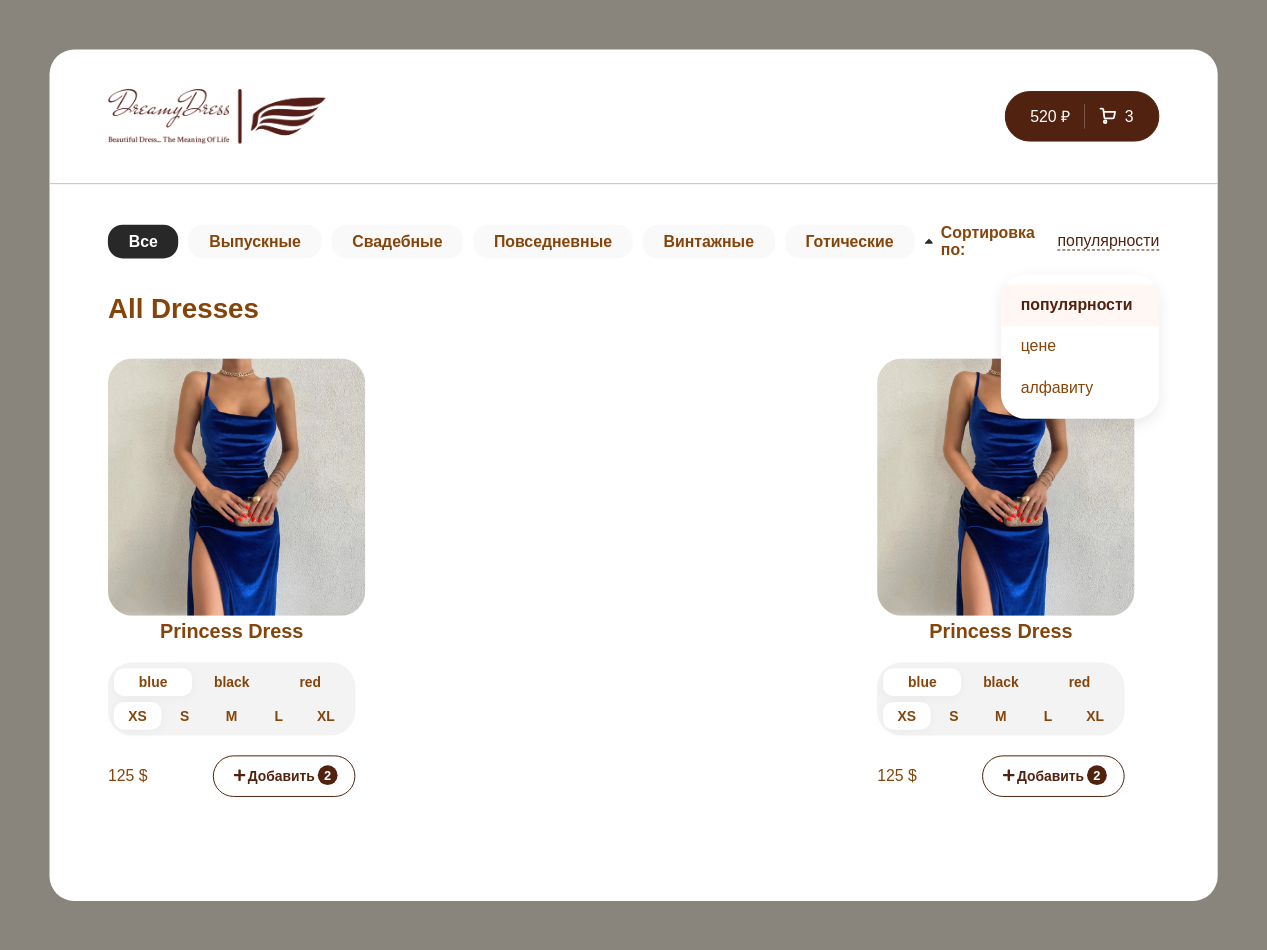
Repository: DisasterWoman/SPA-shop
Page: /
The author's editor kept a copy of each file at every save. The page is drawn from the files as they stood at one save, then again after the next save.
The browser window is 1280 px wide. The pictures show the whole page, at 99% of full size.
Some web fonts or font styles are not loaded; a fallback is used. The project was rebuilt for these pictures with package versions that can differ from the ones it lists, and the page was loaded fresh each time.

Above is the page before, as saved 2022-11-28 20:25:38.

### src/App.js
import './scss/app.scss';
import Categories from './components/Categories/Categories';
import DressBlock from './components/DressBlock/DressBlock';
import Header from './components/Header/Header';
import Sort from './components/Sort/Sort';

function App() {
  return (
    <div className="wrapper">
      <Header />
      <div className="content">
        <div className="container">
          <div className="content__top">
            <Categories />
            <Sort />
          </div>
          <h2 className="content__title">All Dresses</h2>
          <div className="content__items">
            <DressBlock />
            <DressBlock />
          </div>
        </div>
      </div>
    </div>
  );
}

export default App;

### src/scss/app.scss
@import 'variables.scss';
@import './libs/normalize.scss';
@import './all';

body {
  background-color: $background;
}

.wrapper {
  width: calc(100vw - 100px);
  height: 100%;
  background-color: #fff;
  margin: 50px auto;
  border-radius: 25px;
  max-width: 1400px;
}

.content {
  padding: 40px 0;

  &__title {
    margin: 35px 0;
  }

  &__items {
    display: flex;
    flex-wrap: wrap;
    justify-content: space-between;
  }

  &__top {
    display: flex;
    align-items: center;
    justify-content: space-between;
  }
}

.container {
  width: $container-width;
  margin: 0 auto;

  &--cart {
    max-width: 820px;
    margin: 90px auto;
    .content__title {
      margin: 0;
    }
  }
}

.cart {
  &__top {
    display: flex;
    justify-content: space-between;
    align-items: center;
  }

  .content__title {
    display: flex;
    align-items: center;
    font-size: 32px;

    svg {
      position: relative;
      top: -2px;
      width: 30px;
      height: 30px;
      margin-right: 10px;
      path {
        stroke: $black;
        strokewidth: 1.9;
      }
    }
  }

  &__clear {
    display: flex;
    align-items: center;
    cursor: pointer;
    @include noselect();

    span {
      display: inline-block;
      margin-left: 7px;
      color: #b6b6b6;
      font-size: 18px;
    }

    span,
    svg,
    path {
      transition: all $duration ease-in-out;
    }

    &:hover {
      svg {
        path {
          stroke: darken($color: #b6b6b6, $amount: 50);
        }
      }
      span {
        color: darken($color: #b6b6b6, $amount: 50);
      }
    }
  }

  &__item {
    display: flex;
    width: 100%;
    border-top: 1px solid $gray-line;
    padding-top: 30px;
    margin-top: 30px;

    &-img {
      display: flex;
      align-items: center;
      margin-right: 15px;
      width: 10%;

      img {
        width: 80px;
        height: 80px;
      }
    }

    &-info {
      display: flex;
      flex-direction: column;
      justify-content: center;
      width: 40%;

      h3 {
        font-weight: bold;
        font-size: 22px;
        line-height: 27px;
        letter-spacing: 0.01em;
      }

      p {
        font-size: 18px;
        color: #8d8d8d;
      }
    }

    &-count {
      display: flex;
      align-items: center;
      justify-content: space-between;
      width: 13%;

      &-minus {
        svg {
          path:first-of-type {
            display: none;
          }
        }
      }

      b {
        font-size: 22px;
      }
    }

    &-price {
      display: flex;
      align-items: center;
      justify-content: center;
      width: 33%;

      b {
        font-weight: bold;
        font-size: 22px;
        letter-spacing: 0.01em;
      }
    }

    &-remove {
      display: flex;
      align-items: center;
      justify-content: flex-end;
      width: 4%;

      .button {
        border-color: darken($color: $gray-line, $amount: 10);
      }

      svg {
        transform: rotate(45deg);

        path {
          fill: darken($color: $gray-line, $amount: 15);
        }
      }

      .button {
        svg {
          width: 11.5px;
          height: 11.5px;
          position: relative;
        }
        &:hover,
        &:active {
          border-color: darken($color: $gray-line, $amount: 80);
          background-color: darken($color: $gray-line, $amount: 80);
        }
      }
    }
  }

  &__bottom {
    margin: 50px 0;

    &-details {
      display: flex;
      justify-content: space-between;

      span {
        font-size: 22px;

        &:last-of-type {
          b {
            color: $brown;
          }
        }
      }
    }

    &-buttons {
      display: flex;
      justify-content: space-between;
      margin-top: 40px;

      .go-back-btn {
        display: flex;
        align-items: center;
        justify-content: center;
        width: 210px;

        border-color: darken($color: $gray-line, $amount: 10);

        span {
          color: darken($color: $gray-line, $amount: 20);
          font-weight: 500;
          font-weight: 600;
        }

        &:hover {
          background-color: darken($color: $gray-line, $amount: 90);
          border-color: darken($color: $gray-line, $amount: 90);

          span {
            color: $gray-line;
          }
        }

        svg {
          margin-right: 12px;
          path {
            fill: transparent;
            strokewidth: 2;
          }
        }
      }

      .pay-btn {
        font-size: 16px;
        font-weight: 600;
        width: 210px;
        padding: 16px;
      }
    }
  }

  &--empty {
    margin: 0 auto;
    width: 560px;
    text-align: center;

    h2 {
      font-size: 32px;
      margin-bottom: 10px;
    }

    p {
      font-size: 18px;
      line-height: 145.4%;
      letter-spacing: 0.01em;
      color: #777777;
    }

    icon {
      position: relative;
      top: 2px;
    }

    img {
      display: block;
      width: 300px;
      margin: 45px auto 60px;
    }

    .button--black {
      padding: 12px 0 14px;
      width: 230px;
      margin: 0 auto;
      font-weight: 600;
      font-size: 18px;
    }
  }
}

### src/components/Categories/Categories.jsx
import React from 'react';

function Categories() {
  return (
    <div className="categories">
      <ul>
        <li className="active">Все</li>
        <li>Выпускные</li>
        <li>Свадебные</li>
        <li>Повседневные</li>
        <li>Винтажные</li>
        <li>Готические</li>
      </ul>
    </div>
  );
}

export default Categories;

### src/components/DressBlock/DressBlock.jsx
import React from 'react';
import './_dress-block.scss';
function DressBlock() {
  return (
    <div className="dress-block">
      <img className="dress-block__image" src="/images/dresses/dress0-blue.webp" alt="Dress" />
      <h4 className="dress-block__title">Princess Dress</h4>
      <div className="dress-block__selector">
        <ul>
          <li className="active">blue</li>
          <li>black</li>
          <li>red</li>
        </ul>
        <ul>
          <li className="active">XS</li>
          <li>S</li>
          <li>M</li>
          <li>L</li>
          <li>XL</li>
        </ul>
      </div>
      <div className="dress-block__bottom">
        <div className="dress-blockk__price">125 $</div>
        <div className="button button--outline button--add">
          <svg
            width="12"
            height="12"
            viewBox="0 0 12 12"
            fill="none"
            xmlns="http://www.w3.org/2000/svg"
          >
            <path
              d="M10.8 4.8H7.2V1.2C7.2 0.5373 6.6627 0 6 0C5.3373 0 4.8 0.5373 4.8 1.2V4.8H1.2C0.5373 4.8 0 5.3373 0 6C0 6.6627 0.5373 7.2 1.2 7.2H4.8V10.8C4.8 11.4627 5.3373 12 6 12C6.6627 12 7.2 11.4627 7.2 10.8V7.2H10.8C11.4627 7.2 12 6.6627 12 6C12 5.3373 11.4627 4.8 10.8 4.8Z"
              fill="white"
            />
          </svg>
          <span>Добавить</span>
          <i>2</i>
        </div>
      </div>
    </div>
  );
}

export default DressBlock;

### src/components/Header/Header.jsx
import React from 'react';
import './_header.scss';
function Header() {
  return (
    <div className="header">
      <div className="container">
        <div className="header__logo">
          <img width="220" src="/dreamy-dress.png" alt="logo" />
          <div></div>
        </div>
        <div className="header__cart">
          <a href="/cart.html" className="button button--cart">
            <span>520 ₽</span>
            <div className="button__delimiter"></div>
            <svg
              width="18"
              height="18"
              viewBox="0 0 18 18"
              fill="none"
              xmlns="http://www.w3.org/2000/svg"
            >
              <path
                d="M6.33333 16.3333C7.06971 16.3333 7.66667 15.7364 7.66667 15C7.66667 14.2636 7.06971 13.6667 6.33333 13.6667C5.59695 13.6667 5 14.2636 5 15C5 15.7364 5.59695 16.3333 6.33333 16.3333Z"
                stroke="white"
                strokeWidth="1.8"
                strokeLinecap="round"
                strokeLinejoin="round"
              />
              <path stroke="white" strokeWidth="1.8" strokeLinecap="round" strokeLinejoin="round" />
              <path
                d="M4.78002 4.99999H16.3334L15.2134 10.5933C15.1524 10.9003 14.9854 11.176 14.7417 11.3722C14.4979 11.5684 14.1929 11.6727 13.88 11.6667H6.83335C6.50781 11.6694 6.1925 11.553 5.94689 11.3393C5.70128 11.1256 5.54233 10.8295 5.50002 10.5067L4.48669 2.82666C4.44466 2.50615 4.28764 2.21182 4.04482 1.99844C3.80201 1.78505 3.48994 1.66715 3.16669 1.66666H1.66669"
                stroke="white"
                strokeWidth="1.8"
                strokeLinecap="round"
                strokeLinejoin="round"
              />
            </svg>
            <span>3</span>
          </a>
        </div>
      </div>
    </div>
  );
}

export default Header;

### src/components/Sort/Sort.jsx
import React from 'react';
import './_sort.scss';

function Sort() {
  return (
    <div className="sort">
      <div className="sort__label">
        <svg
          width="10"
          height="6"
          viewBox="0 0 10 6"
          fill="none"
          xmlns="http://www.w3.org/2000/svg"
        >
          <path
            d="M10 5C10 5.16927 9.93815 5.31576 9.81445 5.43945C9.69075 5.56315 9.54427 5.625 9.375 5.625H0.625C0.455729 5.625 0.309245 5.56315 0.185547 5.43945C0.061849 5.31576 0 5.16927 0 5C0 4.83073 0.061849 4.68424 0.185547 4.56055L4.56055 0.185547C4.68424 0.061849 4.83073 0 5 0C5.16927 0 5.31576 0.061849 5.43945 0.185547L9.81445 4.56055C9.93815 4.68424 10 4.83073 10 5Z"
            fill="#2C2C2C"
          />
        </svg>
        <b>Сортировка по:</b>
        <span>популярности</span>
      </div>
      <div className="sort__popup">
        <ul>
          <li className="active">популярности</li>
          <li>цене</li>
          <li>алфавиту</li>
        </ul>
      </div>
    </div>
  );
}

export default Sort;

### src/scss/_variables.scss
$black: #85450a;
$background: #89857c;
$gray-line: #d5bda1;
$brown: #50220f;

$container-width: 90%;

$duration: 0.15s;

### src/scss/libs/_normalize.scss
@import url('https://fonts.googleapis.com/css2?family=Anek+Devanagari&display=swap');

*{
  padding: 0;
  margin: 0;
  list-style: none;
  outline: none;
  font-family: 'Anek Devanagari', sans-serif;
  box-sizing: border-box;
}

html {
  -ms-text-size-adjust: 100%;
  -webkit-text-size-adjust: 100%;
}

body {
  -moz-osx-font-smoothing: grayscale;
  -webkit-font-smoothing: antialiased;
  color: $black;
}

a,
span,
p,
b,
h1,
h2,
h3,
h4,
h5 {
  color: $black;
}

h1 {
  font-size: 48px;
}

h2 {
  font-weight: 600;
  font-size: 28px;
  line-height: 30px;
}

a {
  text-decoration: none;
}

@mixin noselect {
  -webkit-touch-callout: none; /* iOS Safari */
  -webkit-user-select: none; /* Safari */
  -khtml-user-select: none; /* Konqueror HTML */
  -moz-user-select: none; /* Old versions of Firefox */
  -ms-user-select: none; /* Internet Explorer/Edge */
  user-select: none; /* Non-prefixed version, currently
                                  supported by Chrome, Opera and Firefox */
}

### src/scss/_all.scss
@import '../components/Header/Header';
@import '../components/Button/button';
@import '../components/Categories/Categories';
@import '../components/Sort/Sort';
@import '../components/DressBlock/dress-block';

### src/components/Header/_header.scss
@import '../../../src/scss/variables';

.header {
  border-bottom: 1px solid $gray-line;
  padding: 40px 0;

  .container {
    display: flex;
    align-items: center;
    justify-content: space-between;
  }

  &__logo {
    display: flex;

    img {
      margin-right: 15px;
    }

    h1 {
      color: #181818;
      font-size: 24px;
      letter-spacing: 1%;
      text-transform: uppercase;
      font-weight: 800;
    }

    p {
      color: #7b7b7b;
    }
  }
}

### src/components/Button/_button.scss
@import '../../../src/scss/variables';

.button {
  display: inline-block;
  background-color: $brown;
  border-radius: 25px;
  padding: 10px 20px;
  min-width: 100px;
  text-align: center;
  cursor: pointer;
  transition: background-color $duration ease-in-out, border-color $duration ease-in-out;
  border: 1px solid transparent;

  &,
  span {
    color: #fff;
  }

  i,
  span,
  path,
  svg {
    transition: all $duration ease-in-out;
  }

  &:hover {
    background-color: darken($brown, 8%);
  }

  &:active {
    background-color: darken($brown, 12%);
    transform: translateY(1px);
  }

  &--circle {
    display: flex;
    align-items: center;
    justify-content: center;
    width: 30px;
    height: 30px;
    min-width: 30px;
    padding: 0;
    border-width: 2px;
  }

  &--black {
    background-color: $black;

    &:hover,
    &:active {
      background-color: lighten($color: $black, $amount: 10);
    }
  }

  &--outline {
    background-color: #fff;
    border-color: $brown;
    &,
    span {
      color: $brown;
    }

    svg {
      path {
        fill: $brown;
      }
    }

    &:hover {
      background-color: $brown;

      &,
      span {
        color: #fff;
      }

      svg {
        path {
          fill: #fff;
        }
      }
    }

    &:active {
      background-color: darken($brown, 8%);
    }
  }

  &__delimiter {
    width: 1px;
    height: 25px;
    background-color: rgba(255, 255, 255, 0.25);
    margin-left: 14px;
    margin-right: 14px;
  }

  &--add {
    svg {
      margin-right: 2px;
    }

    span {
      font-weight: 600;
      font-size: 14px;
    }

    &:hover {
      i {
        background-color: #fff;
        color: $brown;
      }
    }

    i {
      display: inline-block;
      border-radius: 30px;
      background-color: $brown;
      color: #fff;
      font-weight: 600;
      width: 20px;
      height: 20px;
      font-style: normal;
      font-size: 13px;
      line-height: 22px;
      position: relative;
      top: -1px;
      left: 3px;
    }
  }

  &--cart {
    display: flex;
    align-items: center;
    line-height: 23px;
    padding: 12px 25px;
    border-color: $brown;

    svg {
      margin-right: 8px;
      margin-bottom: 1px;
    }

    span {
      font-weight: 500;
      font-size: 16px;
    }
  }
}

### src/components/Categories/_categories.scss
@import '../../../src/scss/variables';

.categories {
  ul {
    display: flex;

    li {
      background-color: #f9f9f9;
      padding: 8px 21px;
      border-radius: 15px;
      margin-right: 10px;
      font-weight: bold;
      cursor: pointer;
      transition: background-color 0.1s ease-in-out;
      @include noselect();

      &:hover {
        background-color: darken(#f9f9f9, 2%);
      }

      &:active {
        background-color: darken(#f9f9f9, 5%);
      }

      &.active {
        background-color: #282828;
        color: #fff;
      }
    }
  }
}

### src/components/Sort/_sort.scss
@import '../../../src/scss/variables';

.sort {
  position: relative;
  &__label {
    display: flex;
    align-items: center;

    svg {
      margin-right: 8px;
    }

    b {
      margin-right: 8px;
    }

    span {
      color: $brown;
      border-bottom: 1px dashed $brown;
      cursor: pointer;
    }
  }

  &__popup {
    position: absolute;
    right: 0;
    margin-top: 15px;
    background: #ffffff;
    box-shadow: 0px 5px 15px rgba(0, 0, 0, 0.09);
    border-radius: 25px;
    overflow: hidden;
    padding: 10px 0;
    width: 160px;

    ul {
      overflow: hidden;
      li {
        padding: 12px 20px;
        cursor: pointer;

        &.active,
        &:hover {
          background: rgba(254, 95, 30, 0.05);
        }

        &.active {
          font-weight: bold;
          color: $brown;
        }
      }
    }
  }
}

### src/components/DressBlock/_dress-block.scss
@import '../../../src/scss/variables';

.dress-block {
  width: 250px;
  text-align: center;
  margin-bottom: 65px;

  &:not(:nth-of-type(4n)) {
    margin-right: 35px;
  }

  &__image {
    border-radius: 25px;
    width: 260px;
  }

  &__title {
    font-size: 20px;
    font-weight: 900;
    letter-spacing: 1%;
    margin-bottom: 20px;
  }

  &__selector {
    display: flex;
    background-color: #f3f3f3;
    border-radius: 25px;
    flex-direction: column;
    padding: 6px;

    ul {
      display: flex;
      flex: 1;

      &:first-of-type {
        margin-bottom: 6px;
      }

      li {
        padding: 6px;
        flex: 1;
        cursor: pointer;
        font-weight: 600;
        font-size: 14px;
        &.active {
          background: #ffffff;
          box-shadow: 0px 2px 11px rgba(0, 0, 0, 0.04);
          border-radius: 10px;
          cursor: auto;
        }
      }
    }
  }

  &__bottom {
    display: flex;
    align-items: center;
    justify-content: space-between;
    margin-top: 20px;
  }

  &__price {
    font-weight: bold;
    font-size: 22px;
    line-height: 27px;
    letter-spacing: 0.015em;
  }
}

Loaded but not shown: public/index.html (common file); src/index.js (common file)

After the next save:
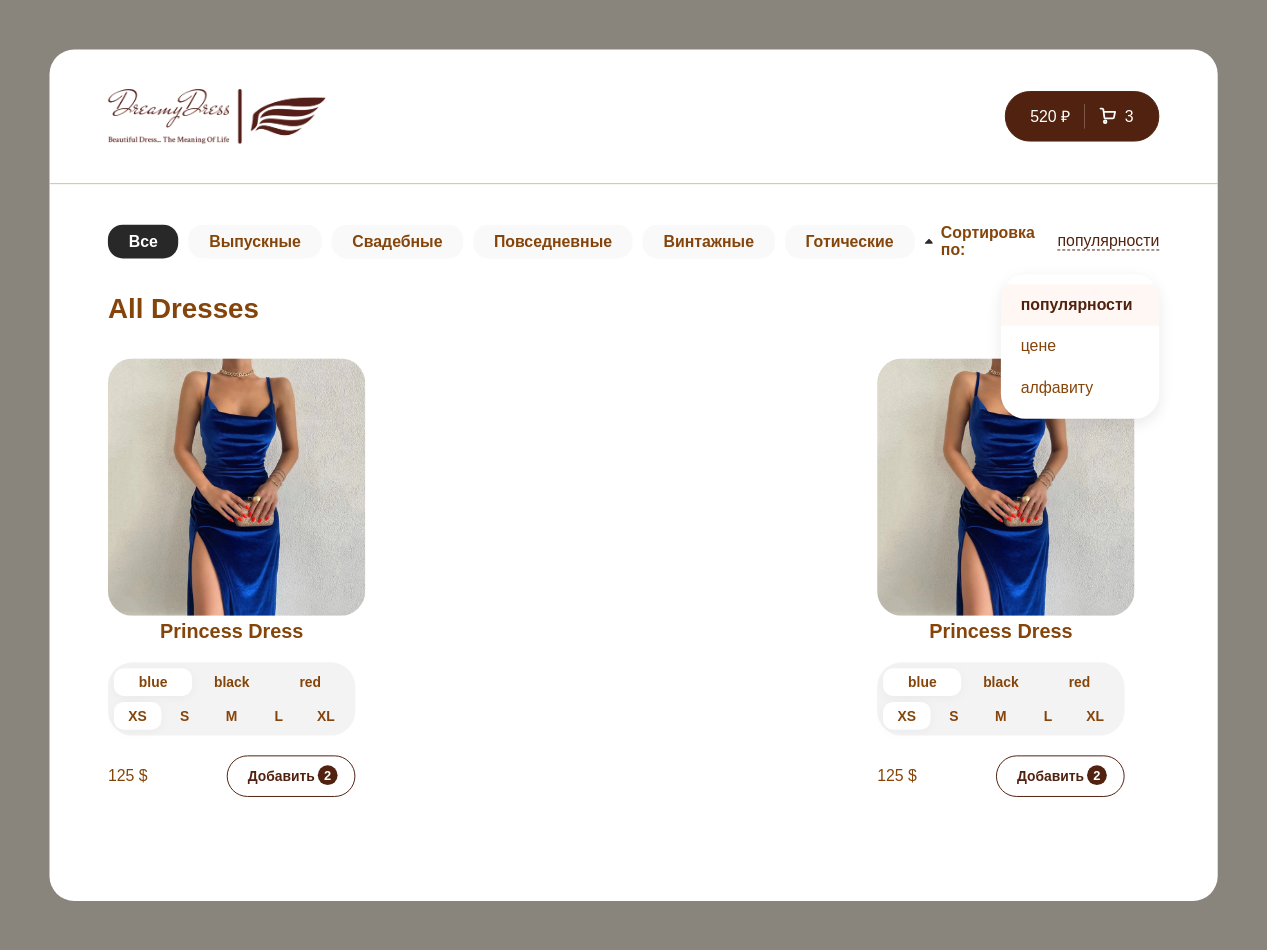
Saved 4 s later.
--- a/src/components/DressBlock/DressBlock.jsx
+++ b/src/components/DressBlock/DressBlock.jsx
@@ -22,18 +22,7 @@
       <div className="dress-block__bottom">
         <div className="dress-blockk__price">125 $</div>
         <div className="button button--outline button--add">
-          <svg
-            width="12"
-            height="12"
-            viewBox="0 0 12 12"
-            fill="none"
-            xmlns="http://www.w3.org/2000/svg"
-          >
-            <path
-              d="M10.8 4.8H7.2V1.2C7.2 0.5373 6.6627 0 6 0C5.3373 0 4.8 0.5373 4.8 1.2V4.8H1.2C0.5373 4.8 0 5.3373 0 6C0 6.6627 0.5373 7.2 1.2 7.2H4.8V10.8C4.8 11.4627 5.3373 12 6 12C6.6627 12 7.2 11.4627 7.2 10.8V7.2H10.8C11.4627 7.2 12 6.6627 12 6C12 5.3373 11.4627 4.8 10.8 4.8Z"
-              fill="white"
-            />
-          </svg>
+
           <span>Добавить</span>
           <i>2</i>
         </div>

After the save that followed:
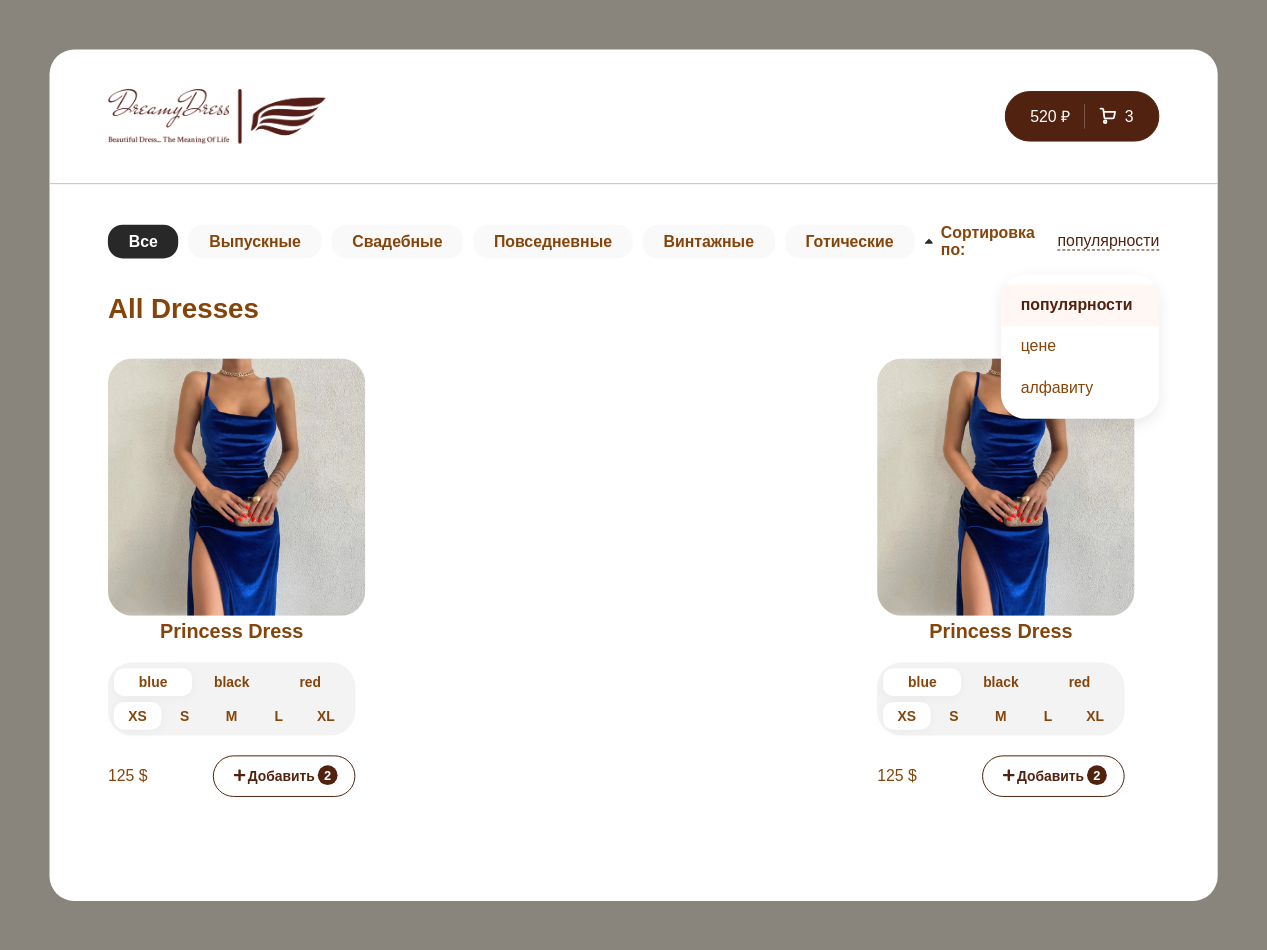
Saved 10 s later.
--- a/src/components/DressBlock/DressBlock.jsx
+++ b/src/components/DressBlock/DressBlock.jsx
@@ -22,7 +22,18 @@
       <div className="dress-block__bottom">
         <div className="dress-blockk__price">125 $</div>
         <div className="button button--outline button--add">
-
+          <svg
+            width="12"
+            height="12"
+            viewBox="0 0 12 12"
+            fill="none"
+            xmlns="http://www.w3.org/2000/svg"
+          >
+            <path
+              d="M10.8 4.8H7.2V1.2C7.2 0.5373 6.6627 0 6 0C5.3373 0 4.8 0.5373 4.8 1.2V4.8H1.2C0.5373 4.8 0 5.3373 0 6C0 6.6627 0.5373 7.2 1.2 7.2H4.8V10.8C4.8 11.4627 5.3373 12 6 12C6.6627 12 7.2 11.4627 7.2 10.8V7.2H10.8C11.4627 7.2 12 6.6627 12 6C12 5.3373 11.4627 4.8 10.8 4.8Z"
+              fill="white"
+            />
+          </svg>
           <span>Добавить</span>
           <i>2</i>
         </div>
